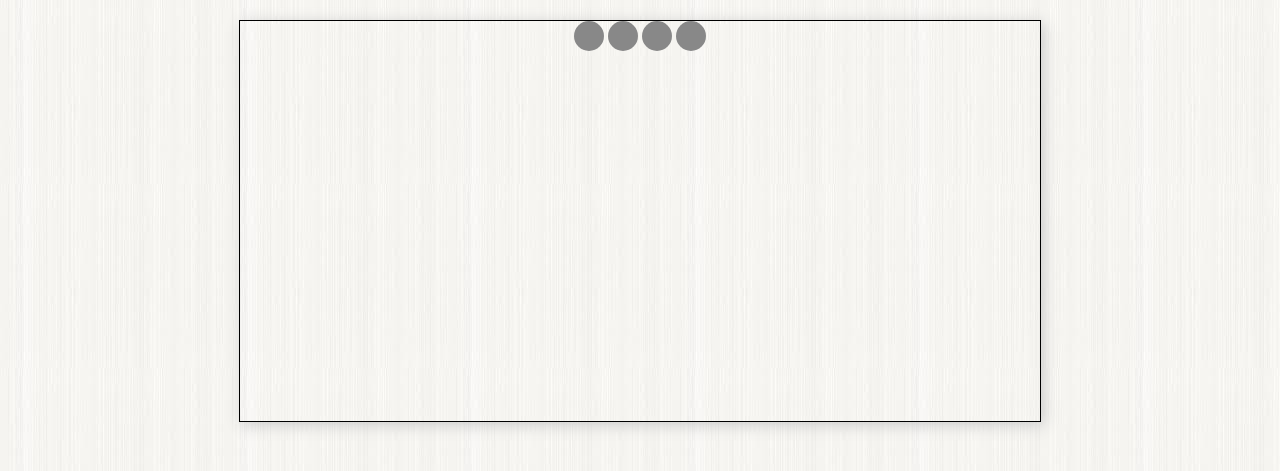
Repository: lauroPereira/study
Page: http://localhost/modules/home/home.php
An editor plug-in stored every save of this project. The page is shown before and after a run of saves, followed by the edit.
The browser window is 1280 px wide. The pictures show the whole page.
The page is run by PHP 8.4 with error messages shown; the project is at /var/www/html/.

Above is the page before, as saved 2016-06-14 04:28:12.

After the next 2 saves:
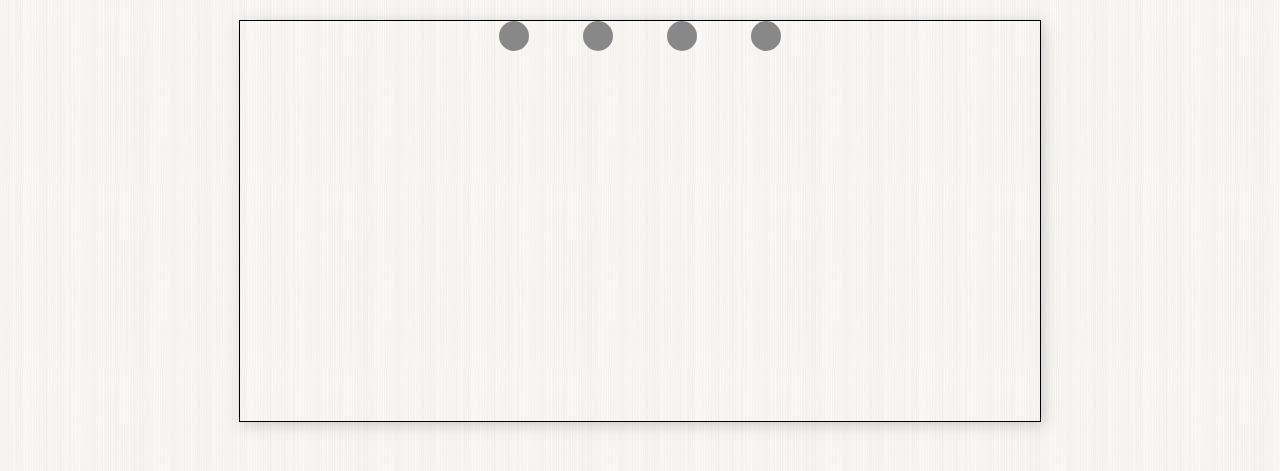
The 2 saves are shown as one change because they came seconds apart.
The last was saved 56 s later.
--- a/TrabalhoFinalWeb/css/home.css
+++ b/TrabalhoFinalWeb/css/home.css
@@ -18,6 +18,6 @@
 	margin: 0 auto;
 }
 
-#carousel + div{
+#carousel > div ~ div{
 	margin-left: 50px;
 }

After the save that followed:
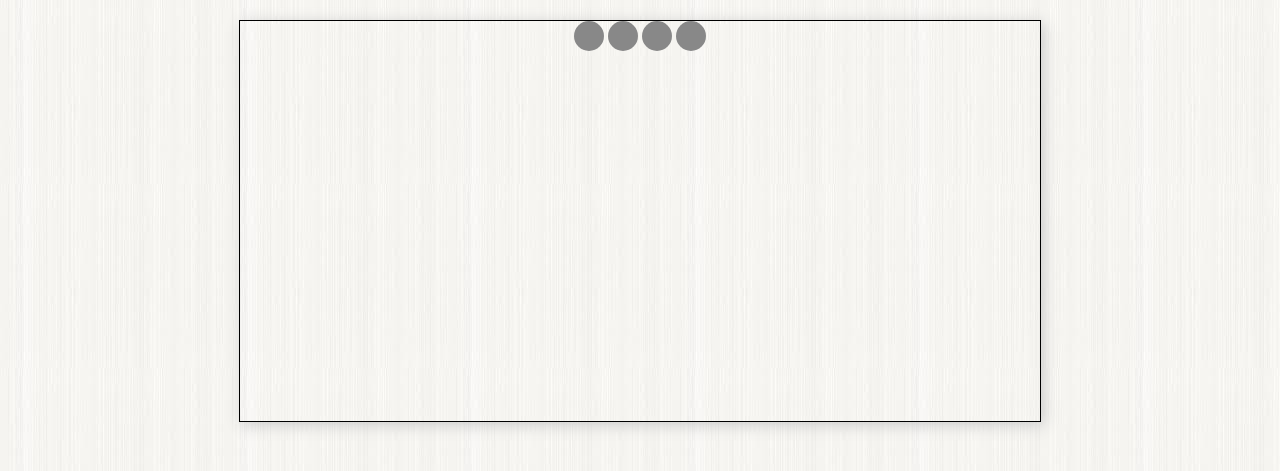
Saved 20 s later.
--- a/TrabalhoFinalWeb/css/home.css
+++ b/TrabalhoFinalWeb/css/home.css
@@ -19,5 +19,5 @@
 }
 
 #carousel > div ~ div{
-	margin-left: 50px;
+
 }
